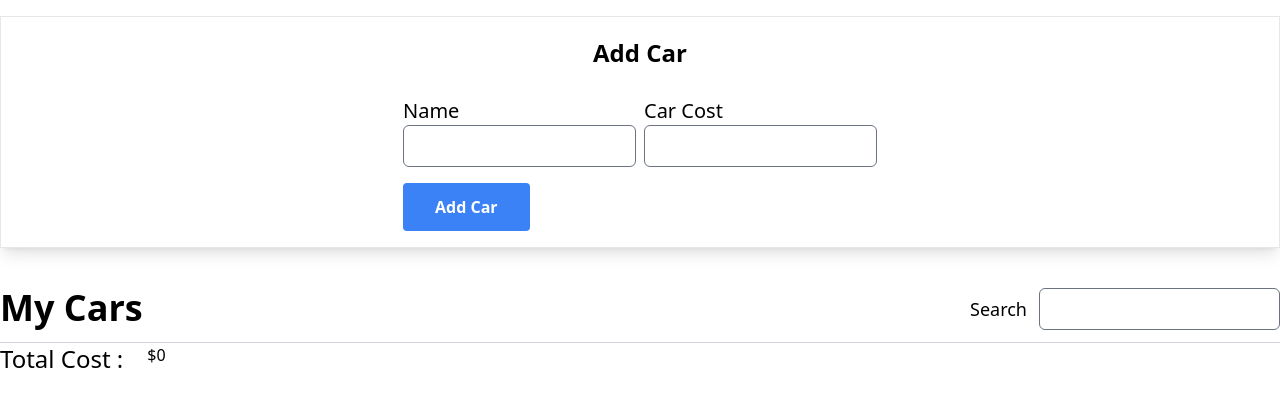
Repository: Marhamat92/carsappreduxtoolkit
Page: /
These files come from the project's save history. The page is drawn as it stood at one moment and after the next save; the edit follows.
The browser window is 1280 px wide. The pictures show the whole page.
The project was rebuilt for these pictures with package versions that can differ from the ones it lists, and the page was loaded fresh each time.

Above is the page before, as saved 2023-01-24 00:45:35.

### src/index.js
import React from 'react';
import ReactDOM from 'react-dom/client';
import './index.css';
import App from './App';
import { Provider } from 'react-redux';
import { store } from './store'


const root = ReactDOM.createRoot(document.getElementById('root'));
root.render(
  <Provider store={store}>
    <App />
  </Provider>
);

### src/App.js
import CarForm from "./components/CarForm";
import CarList from "./components/CarList";
import CarSearch from "./components/CarSearch";
import CarValue from "./components/CarValue";


function App() {
  return (
    <div className="container mx-auto">
      <CarForm />
      <CarSearch />
      <CarList />
      <CarValue />
    </div>
  );
}

export default App;

### src/store/index.js
import { configureStore } from "@reduxjs/toolkit";
import {
  carsReducer,
  addCar,
  removeCar,
  changeSearchTerm,
} from "./slices/carsSlice";
import { formReducer, changeName, changeCost } from "./slices/formSlice";

const store = configureStore({
  reducer: {
    cars: carsReducer,
    form: formReducer,
  },
})

export { store, addCar, removeCar, changeSearchTerm, changeName, changeCost };

### src/components/CarForm.js
import React from 'react'
import { useDispatch, useSelector } from 'react-redux'
import { changeName, changeCost, addCar } from '../store'



function CarForm() {
  const dispatch = useDispatch(); // this is the hook that allows us to dispatch actions to the store
  const { name, cost } = useSelector((state) => { // this is the hook that allows us to access the store
    return {
      name: state.form.name,
      cost: state.form.cost
    }
  })


  const handleNameChange = (e) => {
    dispatch(changeName(e.target.value))
  }

  const handleCostChange = (e) => {
    const carCost = parseInt(e.target.value) || 0;
    dispatch(changeCost(carCost))

  }


  const handleSubmit = (e) => {
    e.preventDefault();
    dispatch(addCar({ name, cost }))
  }


  //!after adding a car, clear the form fields with extra reducers which will be added to the formSlice,otherwise we can use dispatch(changeName('')) and dispatch(changeCost(0)) to clear the form fields but it is not a good practice



  return (
    <div className='flex flex-col items-center justify-center border shadow-lg py-4 mt-4'>
      <h1 className='font-bold text-2xl py-1' >Add Car</h1>
      <div className='mt-6'>
        <form onSubmit={handleSubmit} className=''>
          <div className='flex flex-row space-x-2'>
            <div className='flex flex-col'>
              <label className='text-xl' htmlFor='make'>Name</label>
              <input className=' border border-gray-500 rounded-md py-2

              ' value={name} onChange={handleNameChange} type='text' name='carName' id='carName' />
            </div>
            <div className='flex flex-col'>
              <label className='text-xl' htmlFor='price'>Car Cost</label>
              <input className=' border border-gray-500 rounded-md py-2

              ' value={cost || ''} onChange={handleCostChange} type='number' name='price' id='price' />
            </div>
          </div>
          <button className='bg-blue-500 hover:bg-blue-700 text-white font-bold py-3  px-8 rounded mt-4' type='submit'>Add Car</button>
        </form>
      </div>
    </div>
  )
}

export default CarForm

### src/components/CarList.js
import React from 'react'
import { useSelector, useDispatch } from 'react-redux'
import { removeCar } from '../store'


function CarList() {


  const dispatch = useDispatch();

  const cars = useSelector(({ cars: { searchTerm, data } }) => {   //! <--- destructuring the state object to get the searchTerm and data properties
    return data.filter((car) => {
      return car.name.toLowerCase().includes(searchTerm.toLowerCase())
    })
  })

  const handleDeleteCar = (car) => {
    dispatch(removeCar(car.id))
  }



  const renderedCars = cars.map((car) => {
    return (
      <div className='flex justify-between space-y-3 items-center shadow-lg mt-4 py-2 px-4 rounded-md' key={car.id}>
        <p className='text-3xl' >{car.name} - ${car.cost}</p>
        <button onClick={() => handleDeleteCar(car)} className='bg-red-500 px-4 py-2 text-3xl rounded-md'>
          Remove
        </button>
      </div>
    )
  })




  return (
    <div>{renderedCars}</div>
  )
}

export default CarList

### src/components/CarSearch.js
import React from 'react'
import { useSelector, useDispatch } from 'react-redux'
import { changeSearchTerm } from '../store'


function CarSearch() {

  const dispatch = useDispatch();
  const searchTerm = useSelector((state) => {

    return state.cars.searchTerm

  })

  const handleSearchCarTerm = (e) => {
    dispatch(changeSearchTerm(e.target.value))
  }



  return (
    <div>
      <div className='flex justify-between mt-10 border-b border-gray-300 pb-3' >
        <h1 className='text-4xl font-bold' >My Cars</h1>
        <div className='flex space-x-3 items-center' >
          <label className='text-lg' htmlFor="">Search</label>
          <input value={searchTerm} onChange={handleSearchCarTerm} className='pl-2 border border-gray-500 py-2 rounded-md' type="text" />
        </div>
      </div>
    </div>
  )
}

export default CarSearch

### src/components/CarValue.js
import React from 'react'
import { useSelector } from 'react-redux'

function CarValue() {

  const totalCost = useSelector(({ cars: { data, searchTerm } }) =>
    data.filter((car) => car.name.toLowerCase().includes(searchTerm.toLowerCase())
    )
      .reduce((acc, car) => acc + car.cost, 0)
  );



  return (
    <div className='flex  space-x-6'>
      <h1 className='text-2xl' >Total Cost :</h1>
      <h1>${totalCost}</h1>
    </div>
  )
}

export default CarValue

### src/store/slices/carsSlice.js
import { createSlice, nanoid } from '@reduxjs/toolkit';

const carsSlice = createSlice({
  name: 'cars',
  initialState: {
    data: [],
    searchTerm: ''
  },
  reducers: {
    changeSearchTerm(state, action) {
      state.searchTerm = action.payload;
    },
    addCar(state, action) {
      //Assumption:
      //action.payload is an object with the following properties:
      //name, cost, id
      state.data.push({
        name: action.payload.name,
        cost: action.payload.cost,
        id: nanoid()
      })
    },
    removeCar(state, action) {
      //Assumption:
      //action.payload is the id of the car to remove
      const updatedCars = state.data.filter((car) => {
        return car.id !== action.payload;
      })
      state.data = updatedCars;
    }

  }
})

export const { changeSearchTerm, addCar, removeCar } = carsSlice.actions;
export const carsReducer = carsSlice.reducer;

### src/store/slices/formSlice.js
import { createSlice } from '@reduxjs/toolkit';
import { addCar } from './carsSlice';

const formSlice = createSlice({
  name: 'form',
  initialState: {
    name: '',
    cost: 0
  },
  reducers: {
    changeName(state, action) {
      state.name = action.payload;
    },
    changeCost(state, action) {
      state.cost = action.payload;
    }
  },
  extraReducers(builder) {
    builder.addCase(addCar, (state, action) => {
      state.name = '';
      state.cost = 0;
    })
  }
})

//extraReducers is a function that takes a builder object as an argument and we can use the builder object to add extra reducers to the formSlice
//addCase is a function that takes an action and a reducer as arguments and adds the reducer to the formSlice
//the reducer will be called when the action is dispatched


export const { changeName, changeCost } = formSlice.actions;
export const formReducer = formSlice.reducer;

Loaded but not shown: public/index.html (common file); src/index.css (common file); tailwind.config.js (common file)

After the next save:
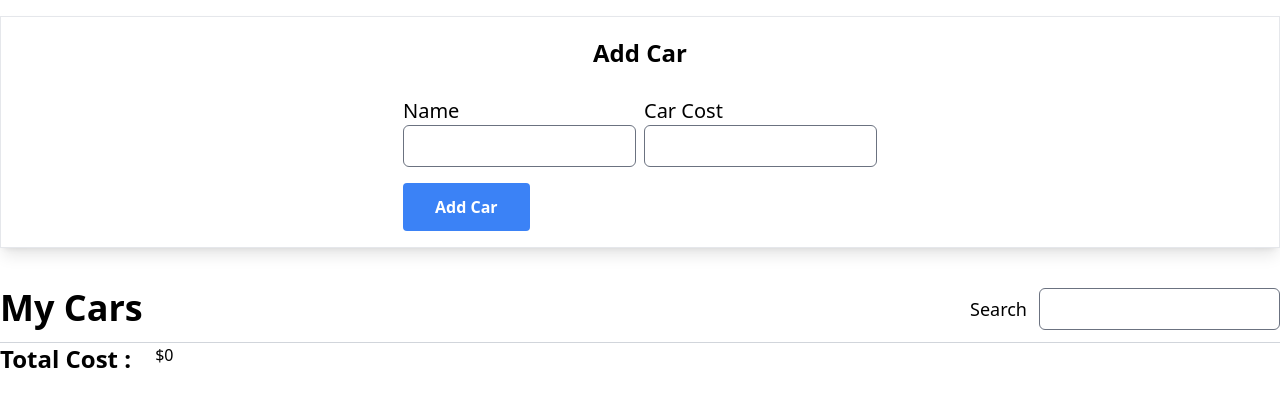
Saved 12 s later.
--- a/src/components/CarValue.js
+++ b/src/components/CarValue.js
@@ -13,7 +13,7 @@ function CarValue() {
 
   return (
     <div className='flex  space-x-6'>
-      <h1 className='text-2xl' >Total Cost :</h1>
+      <h1 className='text-2xl font-bold' >Total Cost :</h1>
       <h1>${totalCost}</h1>
     </div>
   )
